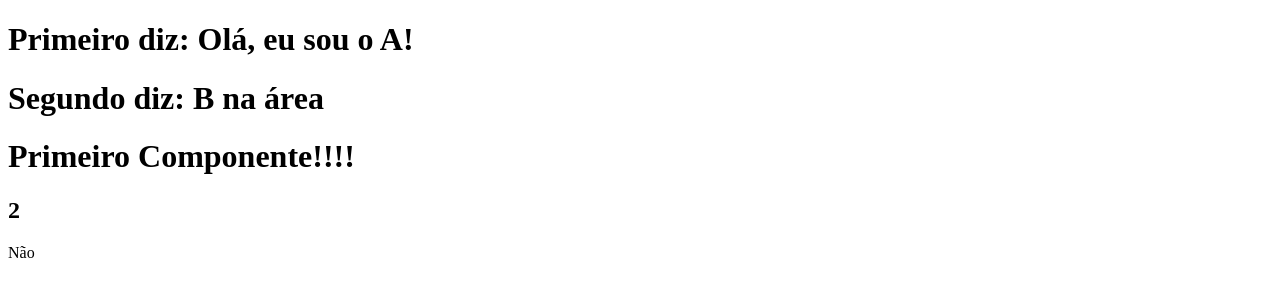
Repository: eversonps/react-fundamentos
Page: / (app in v4/)
The author's editor kept a copy of each file at every save. The page is drawn from the files as they stood at one save, then again after the next save.
The browser window is 1280 px wide. The pictures show the whole page.
The project was rebuilt for these pictures with package versions that can differ from the ones it lists, and the page was loaded fresh each time.

Above is the page before, as saved 2022-03-24 16:07:40.

After the next save:
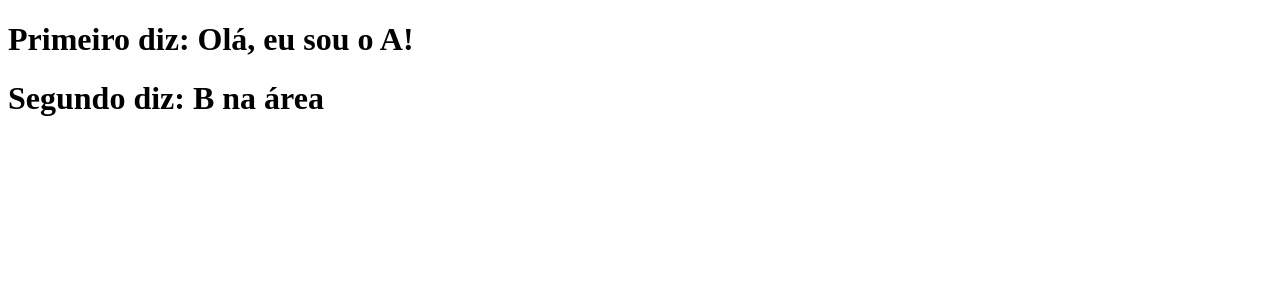
Saved 14 s later.
--- a/v4/src/index.js
+++ b/v4/src/index.js
@@ -1,14 +1,12 @@
 import ReactDOM from "react-dom"
 import React from "react"
 import {CompA, CompB} from "./componentes/DoisComponentes"
-import PrimeiroComponente from "./componentes/PrimeiroComponente"
 
 const elemento = document.getElementById("root")
 ReactDOM.render(
     <div>
         <CompA valor="Olá, eu sou o A!"></CompA>
         <CompB valor="B na área"></CompB>
-        <PrimeiroComponente valor="Primeiro Componente!!!!"/>
     </div>,
     elemento
 )
